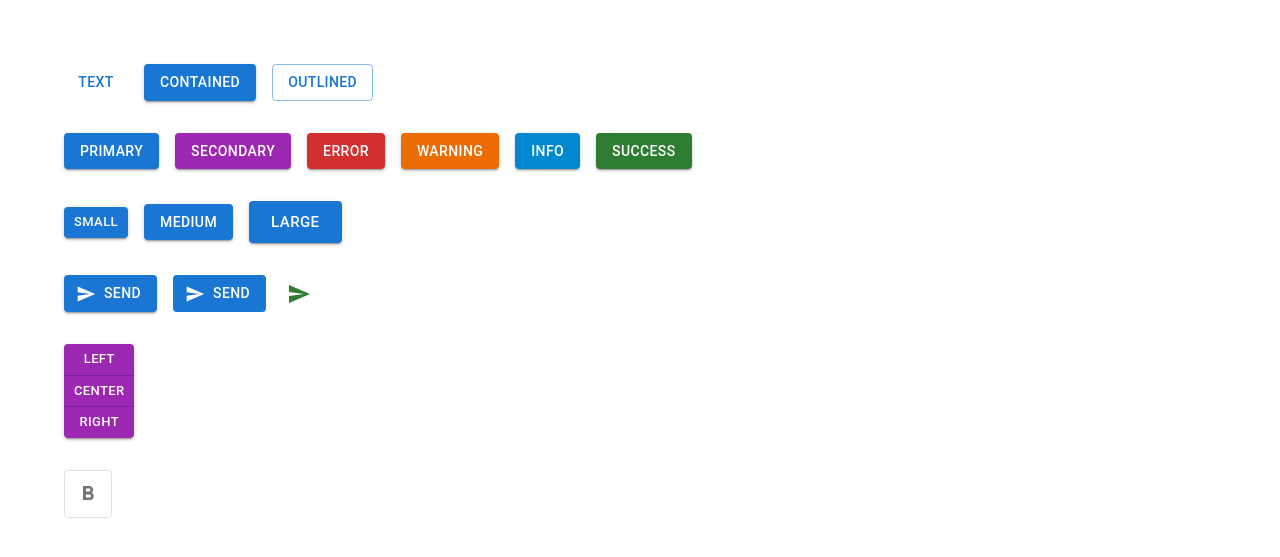
Repository: janidulnkg1/react-mui
Page: / (app in mui-demo/)
An editor plug-in stored every save of this project. The page is shown before and after the next save, followed by the edit.
The browser window is 1280 px wide. The pictures show the whole page.
The project was rebuilt for these pictures with package versions that can differ from the ones it lists, and the page was loaded fresh each time.

Above is the page before, as saved 2023-11-08 14:57:38.

After the next save:
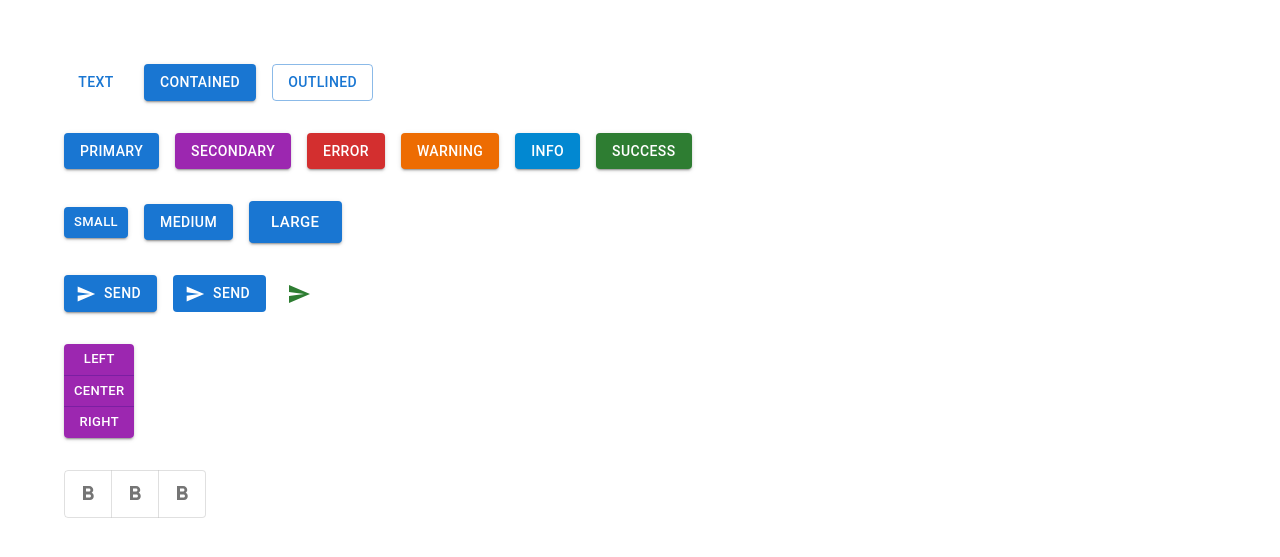
Saved 6 s later.
--- a/mui-demo/src/components/MuiButton.tsx
+++ b/mui-demo/src/components/MuiButton.tsx
@@ -49,7 +49,8 @@ export const MuiButton = () => {
         <Stack direction='row'>
             <ToggleButtonGroup aria-label='text formatting'>
                 <ToggleButton><FormatBoldIcon /></ToggleButton>
-
+                <ToggleButton><FormatBoldIcon /></ToggleButton>
+                <ToggleButton><FormatBoldIcon /></ToggleButton>
             </ToggleButtonGroup>
         </Stack>
 
